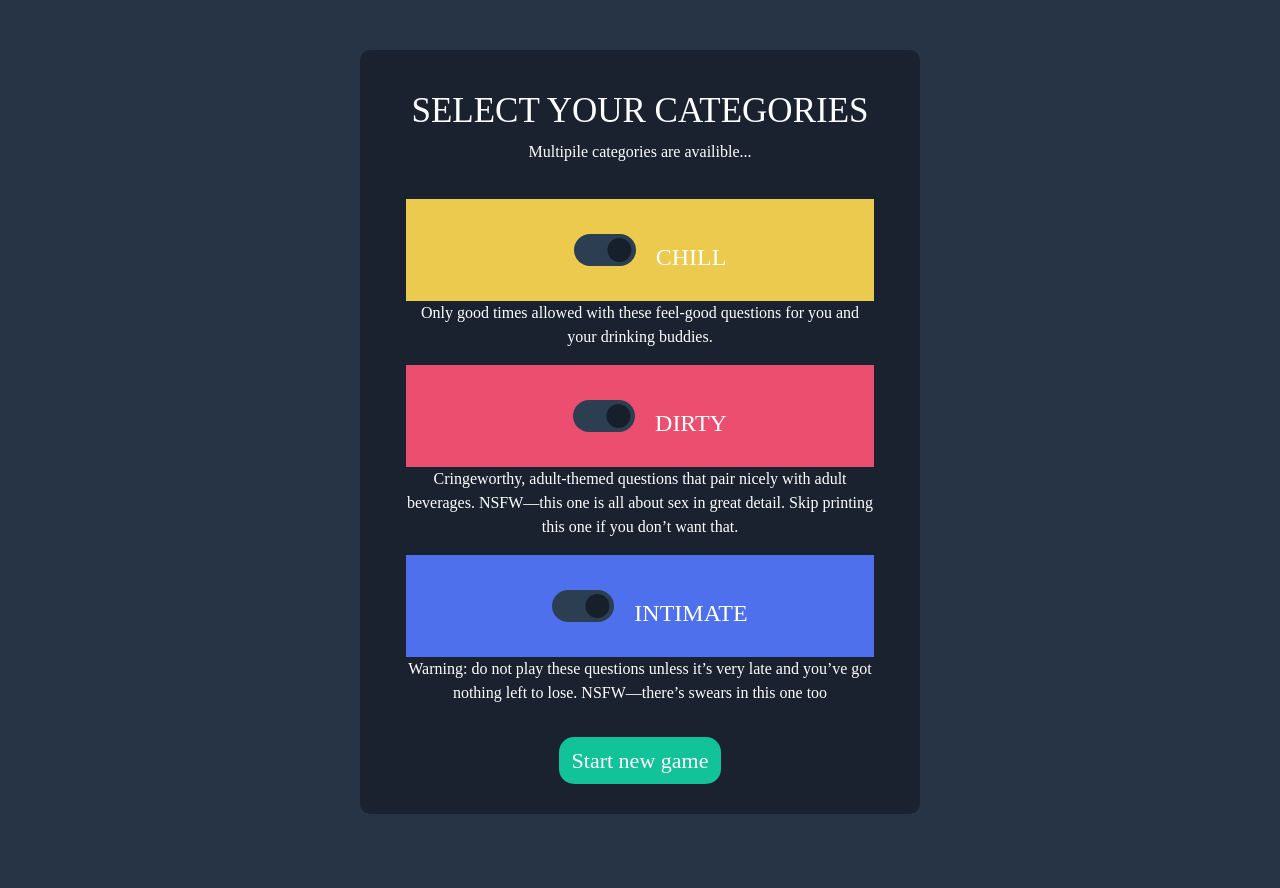
Repository: RafaelAshurov/TruthOrDrink
Page: /chose-your-categories
These files come from the project's save history. The page is drawn as it stood at one moment and after the next save; the edit follows.
The browser window is 1280 px wide. The pictures show the whole page.
Some web fonts or font styles are not loaded; a fallback is used. The project was rebuilt for these pictures with package versions that can differ from the ones it lists, and the page was loaded fresh each time. Also part of the build but not shown: src/views/StartGame.vue, src/views/QuestionsPage.vue.

Above is the page before, as saved 2020-10-10 21:27:19.

### public/index.html
<!DOCTYPE html>
<html lang="en">
    <head>
        <meta charset="utf-8" />
        <meta http-equiv="X-UA-Compatible" content="IE=edge" />
        <meta name="viewport" content="width=device-width,initial-scale=1.0" />
        <link rel="icon" href="<%= BASE_URL %>favicon.ico" />
        <title>Truth Or Drink</title>
        <link
            href="https://fonts.googleapis.com/css2?family=Chilanka&display=swap"
            rel="stylesheet"
        />
    </head>
    <body>
        <noscript>
            <strong
                >We're sorry but truth_or_drink doesn't work properly without JavaScript enabled.
                Please enable it to continue.</strong
            >
        </noscript>
        <div id="app"></div>
        <!-- built files will be auto injected -->
    </body>
</html>

### src/App.vue
<template>
    <div id="app" class="container-fluid">
        <div class="row justify-content-center text-center">
            <div class="col-12 col-md-8 col-lg-6 site-content">
                <router-view />
            </div>
        </div>
    </div>
</template>

<style lang="scss">
#app {
    .site-content {
        padding: 50px 40px;
    }
}
.alert.alert-danger.open-alert {
    max-height: 100px;
}
.alert.alert-danger.close-alert {
    max-height: 0px;
    overflow: hidden;
    padding: 0;
    border: none;
}
.capital-font {
    text-transform: uppercase;
}
button.btn {
    background-color: #12c298;
    color: #ffffff;
    font-size: 22px;
    font-weight: 400;
    border-radius: 15px;
}
.site-card {
    background-color: #1a222f;
    border-radius: 10px;
    padding: 30px 20px;
    margin: 0 auto;
    max-height: 1000px;
    overflow: hidden;
}
.site-card.site-card-collapse {
    max-height: 0px;
    padding-top: 20px !important;
    padding-bottom: 0 !important;
}
body {
    background-color: #273446;
    color: #ffffff;
    font-family: "Chilanka", cursive;
}
* {
    transition: all 0.4s ease;
}
</style>

### src/router.js
import Vue from "vue";
import Router from "vue-router";
import StartGame from "./views/StartGame.vue";
import CategorySelect from "./views/CategorySelect.vue";
import QuestionsPage from "./views/QuestionsPage.vue";

Vue.use(Router);

export default new Router({
    mode: "history",
    base: process.env.BASE_URL,
    routes: [
        {
            path: "/",
            name: "startGame",
            component: StartGame
        },
        {
            path: "/chose-your-categories",
            name: "categories",
            component: CategorySelect
        },
        {
            path: "/drink-up",
            name: "questionsPage",
            component: QuestionsPage,
            props: true
        }
    ]
});

### src/views/CategorySelect.vue
<template>
    <div class="category-select-page site-card" :class="{ 'site-card-collapse': collapsed }">
        <h1 class="capital-font">Select your categories</h1>
        <p>Multipile categories are availible...</p>
        <div class="categories-wrapper">
            <div class="category-container" v-for="category in categories" :key="category.id">
                <div class="category-btn" :style="{ 'background-color': category.color }">
                    <span
                        ><input
                            type="checkbox"
                            name="checkbox"
                            v-model="selectedCategories"
                            :value="category.name"
                    /></span>
                    <h4>
                        {{ category.name }}
                    </h4>
                </div>
                <p class="category-description">
                    {{ category.description }}
                </p>
            </div>
        </div>
        <div class="start-game-btn-wrapper">
            <div
                class="alert alert-danger"
                :class="noCategoriesAlert ? 'open-alert' : 'close-alert'"
                role="alert"
            >
                You have to chose atleast one category
            </div>
            <button @click="startNewGame()" type="button" class="btn btn-bg">
                Start new game
            </button>
        </div>
    </div>
</template>

<script>
import { QuestionList } from "../helpers/questionsList";

export default {
    data() {
        return {
            categories: [],
            selectedCategories: [],
            noCategoriesAlert: false,
            collapsed: true
        };
    },
    created: function() {
        const categories = this.fillterCategories(QuestionList);
        this.setCategoriesObjects(categories);
    },
    computed: {},
    mounted: function() {
        this.collapsed = false;
    },
    methods: {
        fillterCategories(questionsList) {
            let categoriesArr = [];
            questionsList.forEach(question => {
                if (!categoriesArr.includes(question.category))
                    categoriesArr.push(question.category);
            });
            return categoriesArr;
        },
        setCategoriesObjects(categories) {
            categories.forEach(categoryName => {
                let categoryObj = {};
                switch (categoryName) {
                    case "chill":
                        categoryObj = {
                            id: 1,
                            name: categoryName,
                            color: "#ecca4e",
                            description:
                                "Only good times allowed with these feel-good questions for you and your drinking buddies. "
                        };
                        break;
                    case "dirty":
                        categoryObj = {
                            id: 2,
                            name: categoryName,
                            color: "#ec4e70",
                            description:
                                "Cringeworthy, adult-themed questions that pair nicely with adult beverages. NSFW—this one is all about sex in great detail. Skip printing this one if you don’t want that."
                        };
                        break;
                    case "intimate":
                        categoryObj = {
                            id: 3,
                            name: categoryName,
                            color: "#4e70ec",
                            description:
                                "Warning: do not play these questions unless it’s very late and you’ve got nothing left to lose. NSFW—there’s swears in this one too"
                        };
                        break;
                    default:
                        categoryObj = {
                            id: 4,
                            name: categoryName,
                            color: "#000000",
                            description: ""
                        };
                        break;
                }
                this.categories.push(categoryObj);
            });
        },
        startNewGame() {
            if (this.selectedCategories.length === 0) {
                this.noCategoriesAlert = true;
            } else {
                this.collapsed = true;
                setTimeout(() => {
                    this.$router.push({
                        name: "questionsPage",
                        params: { selectedCategories: JSON.stringify(this.selectedCategories) }
                    });
                }, 400);
            }
        }
    }
};
</script>

<style lang="scss">
.category-select-page {
    h1.capital-font {
        margin-top: 10px;
        font-size: 35px;
    }
    .categories-wrapper {
        display: flex;
        flex-direction: column;
        padding-top: 19px;

        .category-container {
            display: inline-block;
            margin: 0 auto;
            width: 90%;
            padding: 0;

            .category-btn {
                h4 {
                    display: inline-block;
                    text-transform: uppercase;
                    color: #ffffff;
                }
            }
        }
    }
}

.transition,
input[type="radio"]:after,
input[type="checkbox"][type="radio"]:after,
input[type="checkbox"]:after {
    -moz-transition: all 0.25s cubic-bezier(0.75, 0.01, 0.48, 2);
    -o-transition: all 0.25s cubic-bezier(0.75, 0.01, 0.48, 2);
    -webkit-transition: all 0.25s cubic-bezier(0.75, 0.01, 0.48, 2);
    transition: all 0.25s cubic-bezier(0.75, 0.01, 0.48, 2);
}

.bgTransition,
input[type="radio"]:before,
input[type="checkbox"][type="radio"]:before,
input[type="checkbox"]:before {
    -moz-transition: all 0.25s ease-in-out;
    -o-transition: all 0.25s ease-in-out;
    -webkit-transition: all 0.25s ease-in-out;
    transition: all 0.25s ease-in-out;
}

input[type="radio"],
input[type="checkbox"] {
    position: relative;
}
input[type="radio"]:before,
input[type="radio"]:after,
input[type="checkbox"]:before,
input[type="checkbox"]:after {
    content: "";
    position: absolute;
}
input[type="radio"]:before,
input[type="checkbox"]:before {
    height: 100%;
}
input[type="radio"][type="radio"],
input[type="checkbox"][type="radio"] {
    border-radius: 30px;
}
input[type="radio"][type="radio"]:before,
input[type="checkbox"][type="radio"]:before {
    width: 100%;
    border-radius: 30px;
    background-color: #2c3f52;
    box-shadow: 0 0 0 1px #2c3f52;
}
input[type="radio"][type="radio"]:after,
input[type="checkbox"][type="radio"]:after {
    width: 100%;
    height: 100%;
    border-radius: 30px;
    background-color: #15202a;
    -moz-transform: scale(0, 0);
    -ms-transform: scale(0, 0);
    -webkit-transform: scale(0, 0);
    transform: scale(0, 0);
}
input[type="radio"][type="radio"]:checked:after,
input[type="checkbox"][type="radio"]:checked:after {
    -moz-transform: scale(0.75, 0.75);
    -ms-transform: scale(0.75, 0.75);
    -webkit-transform: scale(0.75, 0.75);
    transform: scale(0.75, 0.75);
}
input[type="radio"][type="radio"]:checked:before,
input[type="checkbox"][type="radio"]:checked:before {
    background-color: #85ff7a;
    box-shadow: 0 0 0 1px #85ff7a;
}
input[type="radio"][type="checkbox"]:before,
input[type="checkbox"][type="checkbox"]:before {
    width: 200%;
    background-color: #2c3f52;
    box-shadow: 0 0 0 1px #2c3f52;
    -moz-transform: translate(-25%, 0);
    -ms-transform: translate(-25%, 0);
    -webkit-transform: translate(-25%, 0);
    transform: translate(-25%, 0);
    border-radius: 30px;
}
input[type="radio"][type="checkbox"]:after,
input[type="checkbox"][type="checkbox"]:after {
    width: 80%;
    height: 80%;
    margin-top: 10%;
    margin-left: 10%;
    background-color: #15202a;
    border-radius: 30px;
    -moz-transform: translate(60%, 0);
    -ms-transform: translate(60%, 0);
    -webkit-transform: translate(60%, 0);
    transform: translate(60%, 0);
}
input[type="radio"][type="checkbox"]:checked:after,
input[type="checkbox"][type="checkbox"]:checked:after {
    -moz-transform: translate(-60%, 0);
    -ms-transform: translate(-60%, 0);
    -webkit-transform: translate(-60%, 0);
    transform: translate(-60%, 0);
}
input[type="radio"][type="checkbox"]:checked:before,
input[type="checkbox"][type="checkbox"]:checked:before {
    background-color: #85ff7a;
    box-shadow: 0 0 0 1px #85ff7a;
}

input {
    margin: 36px;
}
input[type="radio"],
input[type="checkbox"] {
    cursor: pointer;
    width: 30px;
    height: 30px;
}

.radio,
.check {
    position: absolute;
    -moz-transform: translate(-50%, -50%);
    -ms-transform: translate(-50%, -50%);
    -webkit-transform: translate(-50%, -50%);
    transform: translate(-50%, -50%);
    top: 50%;
    left: 50%;
}

.radio {
    margin-left: -36px;
}

.check {
    margin-left: 36px;
}
</style>

Loaded but not shown: src/main.js (common file); src/plugins/bootstrap-vue.js (common file); src/helpers/questionsList.js (2107 lines, source omitted)

After the next save:
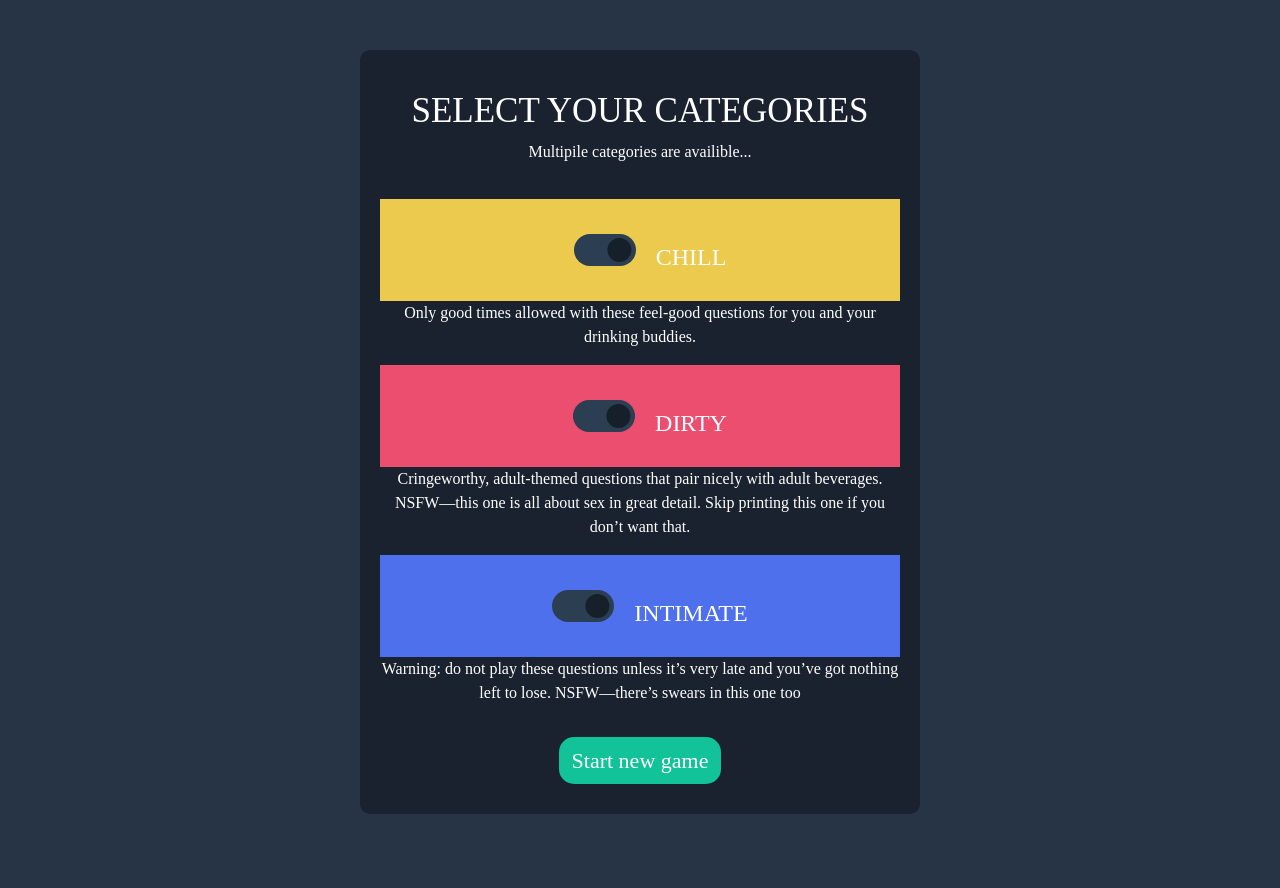
Saved 18 s later.
--- a/src/views/CategorySelect.vue
+++ b/src/views/CategorySelect.vue
@@ -139,8 +139,6 @@
         .category-container {
             display: inline-block;
             margin: 0 auto;
-            width: 90%;
-            padding: 0;
 
             .category-btn {
                 h4 {
